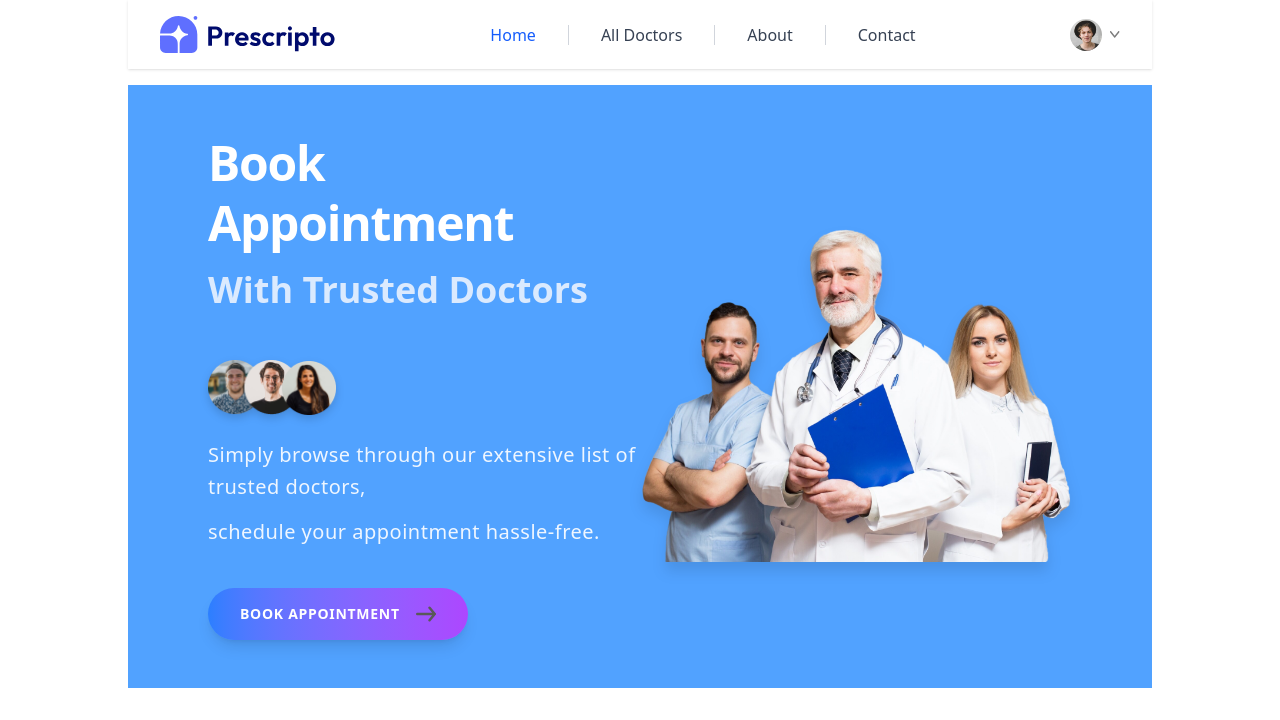
Repository: Pran2535/appointement_booking
Page: / (app in frontend/)
The author's editor kept a copy of each file at every save. The page is drawn from the files as they stood at one save, then again after the next save.
The browser window is 1280 px wide. The pictures show the whole page.
The project was rebuilt for these pictures with package versions that can differ from the ones it lists, and the page was loaded fresh each time. Also part of the build but not shown: frontend/vite.config.js, frontend/src/pages/About.jsx, frontend/src/pages/MyAppointments.jsx, frontend/src/pages/Doctors.jsx, frontend/src/pages/Login.jsx, frontend/src/pages/Contact.jsx, frontend/src/pages/MyProfile.jsx, frontend/src/pages/Appointment.jsx.

Above is the page before, as saved 2025-02-16 21:09:12.

### frontend/index.html
<!doctype html>
<html lang="en">
  <head>
    <meta charset="UTF-8" />
    <link rel="icon" type="image/svg+xml" href="/vite.svg" />
    <meta name="viewport" content="width=device-width, initial-scale=1.0" />
    <title>Mishra healthcare</title>
  </head>
  <body>
    <div id="root"></div>
    <script type="module" src="/src/main.jsx"></script>
  </body>
</html>

### frontend/src/main.jsx
import { StrictMode } from 'react'
import { createRoot } from 'react-dom/client'
import './index.css'
import App from './App.jsx'
import { BrowserRouter } from 'react-router-dom'

createRoot(document.getElementById('root')).render(
<BrowserRouter>
    <App />
  </BrowserRouter>,
)

### frontend/src/App.jsx
import React from 'react'
import { Route, Routes } from 'react-router-dom'
import Home from './pages/Home'
import About from './pages/About'
import MyAppointments from './pages/MyAppointments'
import Doctors from './pages/Doctors'
import Login from './pages/Login'
import Contact from './pages/Contact'
import MyProfile from './pages/MyProfile'
import Appointment from './pages/Appointment'
import Navbar from './components/Navbar'

const App = () => {
  return (
    <div className='mx-4 sm:mx-[10%]'>
      <Navbar/>{ /* mounted navbar component before routes so that it gets displayed over the all routes */}
      <Routes>
        <Route path='/' element={<Home />} />
        <Route path='/about' element={<About />} />
        <Route path='/my-appointments' element={<MyAppointments />} />
        <Route path='/doctors' element={<Doctors/>}/>
        <Route path='/doctors/:speciality' element={<Doctors/>}/>
        <Route path ='/login' element={<Login/>}/>
        <Route path='/contact' element={<Contact/>}/>
        <Route path ='/my-profile' element={<MyProfile/>}/>
        <Route path ='/appointments/:docId' element={<Appointment/>}/>
      </Routes>
    </div>
  )
}

export default App

### frontend/src/pages/Home.jsx
import React from 'react'
import Header from '../components/Header'
import SpecialityMenu from '../components/SpecialityMenu'

const Home = () => {
  return (
    <div>
      <Header/>
      <SpecialityMenu/>
    </div>
  )
}

export default Home

### frontend/src/components/Navbar.jsx
import React, { useState } from 'react'
import { NavLink, useNavigate } from 'react-router-dom'
import { assets } from '../assets/assets'

const links = [
  { to: '/', label: 'Home' },
  { to: '/doctors', label: 'All Doctors' },
  { to: '/about', label: 'About' },
  { to: '/contact', label: 'Contact' }
]

const Navbar = () => {
  const navigate = useNavigate();
  const [showMenu, setShowMenu]=useState(false);
  const [token,setToken]=useState(true);


  return (
    <nav className="sticky top-0 bg-white shadow-sm z-50">
      <div className="max-w-7xl mx-auto px-4 sm:px-6 lg:px-8 py-4 flex items-center justify-between">
        {/* Logo */}
        <div className="flex-shrink-0">
          <img
            className="w-32 md:w-40 lg:w-44 h-auto cursor-pointer transition-transform hover:scale-105"
            src={assets.logo}
            alt="Company Logo"
          />
        </div>

        {/* Navigation Links */}
        <div className="hidden md:block">
          <ul className="flex items-center space-x-8">
            {links.map((l, i) => (
              <React.Fragment key={l.to}>
                <NavLink
                  to={l.to}
                  className={({ isActive }) =>
                    `font-medium transition-colors duration-200 hover:text-blue-600 ${
                      isActive ? 'text-blue-600' : 'text-gray-700'
                    }`
                  }
                >
                  {l.label}
                </NavLink>
                {i < links.length - 1 && (
                  <div className="h-5 w-px bg-gray-300" aria-hidden="true" />
                )}
              </React.Fragment>
            ))}
          </ul>
        </div>

        {/* CTA Button */}
        <div className="flex items-center gap-4">
            {
                token?
                <div className='flex items-center gap-2 cursor-pointer group relative' >
                    <img className='w-8 rounded-full' src={assets.profile_pic} alt="" />
                    <img className='w-2.5 ' src={assets.dropdown_icon} alt="" />
                    <div className='absolute top-0 right-0 pt-14 text-base font-medium text-gray-600 z-20 hidden group-hover:block'>
                        <div className='min-w-48 bg-stone-100 rounded flex flex-col gap-4 p-4'>
                            <p onClick={()=>navigate('/my-appointments')} className='hover:text-black cursor-pointer'>My Appointments</p>
                            <p onClick={()=>navigate('/my-profile')} className='hover:text-black cursor-pointer'>My Profile</p>
                            <p onClick={()=>setToken(false)} className='hover:text-black cursor-pointer'>Logout</p>
                        </div>
                    </div>
                </div>

                :
                 <button
            onClick={() => navigate('/login')}
            className="hidden cursor-pointer md:block bg-blue-600 hover:bg-blue-700 text-white px-6 py-3 rounded-full font-semibold transition-colors duration-200 focus:outline-none focus:ring-2 focus:ring-blue-500 focus:ring-offset-2 shadow-md"
          >
            Create Account
          </button>
            }

        </div>
      </div>
    </nav>
  )
}

export default Navbar

### frontend/src/components/Header.jsx
import React from 'react';
import { assets } from '../assets/assets';

const Header = () => {
  return (
    <div className="mt-4 flex flex-col md:flex-row justify-between items-center bg-blue-400 px-6 md:px-10 lg:px-20 py-12 text-white">
      {/* Left side */}
      <div className="w-full md:w-1/2 space-y-10 mb-8 md:mb-0">
        <div className="space-y-2">
          <h1 className="text-4xl lg:text-5xl font-bold leading-tight tracking-tight">
            Book Appointment
          </h1>
          <h2 className="text-3xl lg:text-4xl font-semibold text-blue-100 leading-relaxed">
            With Trusted Doctors
          </h2>
        </div>

        <div className="space-y-6">
          <div className="flex items-center space-x-4">
            <img
              src={assets.group_profiles}
              alt="Doctor Profiles"
              className="w-32 h-auto object-contain drop-shadow-lg"
            />
          </div>

          <div className="space-y-3">
            <p className="text-lg md:text-xl text-blue-50 leading-relaxed font-light tracking-wide">
              Simply browse through our extensive list of trusted doctors,
            </p>
            <p className="text-lg md:text-xl text-blue-50 leading-relaxed font-light tracking-wide">
              schedule your appointment hassle-free.
            </p>
          </div>
        </div>

        <a
          href="#speciality"
          className="inline-flex items-center space-x-4 bg-gradient-to-r from-blue-500 to-purple-500 hover:from-blue-600 hover:to-purple-600 text-white font-bold uppercase px-8 py-4 rounded-full shadow-lg transition-all duration-300 hover:scale-105 tracking-wider text-sm"
        >
          <span>Book Appointment</span>
          <img
            src={assets.arrow_icon}
            alt="Arrow"
            className="w-5 h-5 transform group-hover:translate-x-1 transition-transform"
          />
        </a>
      </div>

      {/* Right side */}
      <div className="w-full md:w-1/2 flex justify-center md:justify-end mt-8 md:mt-0">
        <img
          src={assets.header_img}
          alt="Header illustration"
          className="w-full max-w-lg h-auto object-contain drop-shadow-xl"
        />
      </div>
    </div>
  );
};

export default Header;

### frontend/src/components/SpecialityMenu.jsx
import React from 'react'

const SpecialityMenu = () => {
  return (
    <div>

    </div>
  )
}

export default SpecialityMenu

### frontend/src/assets/assets.js
import appointment_img from './appointment_img.png'
import header_img from './header_img.png'
import group_profiles from './group_profiles.png'
import profile_pic from './profile_pic.png'
import contact_image from './contact_image.png'
import about_image from './about_image.png'
import logo from './logo.svg'
import dropdown_icon from './dropdown_icon.svg'
import menu_icon from './menu_icon.svg'
import cross_icon from './cross_icon.png'
import chats_icon from './chats_icon.svg'
import verified_icon from './verified_icon.svg'
import arrow_icon from './arrow_icon.svg'
import info_icon from './info_icon.svg'
import upload_icon from './upload_icon.png'
import stripe_logo from './stripe_logo.png'
import razorpay_logo from './razorpay_logo.png'
import doc1 from './doc1.png'
import doc2 from './doc2.png'
import doc3 from './doc3.png'
import doc4 from './doc4.png'
import doc5 from './doc5.png'
import doc6 from './doc6.png'
import doc7 from './doc7.png'
import doc8 from './doc8.png'
import doc9 from './doc9.png'
import doc10 from './doc10.png'
import doc11 from './doc11.png'
import doc12 from './doc12.png'
import doc13 from './doc13.png'
import doc14 from './doc14.png'
import doc15 from './doc15.png'
import Dermatologist from './Dermatologist.svg'
import Gastroenterologist from './Gastroenterologist.svg'
import General_physician from './General_physician.svg'
import Gynecologist from './Gynecologist.svg'
import Neurologist from './Neurologist.svg'
import Pediatricians from './Pediatricians.svg'


export const assets = {
    appointment_img,
    header_img,
    group_profiles,
    logo,
    chats_icon,
    verified_icon,
    info_icon,
    profile_pic,
    arrow_icon,
    contact_image,
    about_image,
    menu_icon,
    cross_icon,
    dropdown_icon,
    upload_icon,
    stripe_logo,
    razorpay_logo
}

export const specialityData = [
    {
        speciality: 'General physician',
        image: General_physician
    },
    {
        speciality: 'Gynecologist',
        image: Gynecologist
    },
    {
        speciality: 'Dermatologist',
        image: Dermatologist
    },
    {
        speciality: 'Pediatricians',
        image: Pediatricians
    },
    {
        speciality: 'Neurologist',
        image: Neurologist
    },
    {
        speciality: 'Gastroenterologist',
        image: Gastroenterologist
    },
]

export const doctors = [
    {
        _id: 'doc1',
        name: 'Dr. Richard James',
        image: doc1,
        speciality: 'General physician',
        degree: 'MBBS',
        experience: '4 Years',
        about: 'Dr. Davis has a strong commitment to delivering comprehensive medical care, focusing on preventive medicine, early diagnosis, and effective treatment strategies. Dr. Davis has a strong commitment to delivering comprehensive medical care, focusing on preventive medicine, early diagnosis, and effective treatment strategies.',
        fees: 50,
        address: {
            line1: '17th Cross, Richmond',
            line2: 'Circle, Ring Road, London'
        }
    },
    {
        _id: 'doc2',
        name: 'Dr. Emily Larson',
        image: doc2,
        speciality: 'Gynecologist',
        degree: 'MBBS',
        experience: '3 Years',
        about: 'Dr. Davis has a strong commitment to delivering comprehensive medical care, focusing on preventive medicine, early diagnosis, and effective treatment strategies. Dr. Davis has a strong commitment to delivering comprehensive medical care, focusing on preventive medicine, early diagnosis, and effective treatment strategies.',
        fees: 60,
        address: {
            line1: '27th Cross, Richmond',
            line2: 'Circle, Ring Road, London'
        }
    },
    {
        _id: 'doc3',
        name: 'Dr. Sarah Patel',
        image: doc3,
        speciality: 'Dermatologist',
        degree: 'MBBS',
        experience: '1 Years',
        about: 'Dr. Davis has a strong commitment to delivering comprehensive medical care, focusing on preventive medicine, early diagnosis, and effective treatment strategies. Dr. Davis has a strong commitment to delivering comprehensive medical care, focusing on preventive medicine, early diagnosis, and effective treatment strategies.',
        fees: 30,
        address: {
            line1: '37th Cross, Richmond',
            line2: 'Circle, Ring Road, London'
        }
    },
    {
        _id: 'doc4',
        name: 'Dr. Christopher Lee',
        image: doc4,
        speciality: 'Pediatricians',
        degree: 'MBBS',
        experience: '2 Years',
        about: 'Dr. Davis has a strong commitment to delivering comprehensive medical care, focusing on preventive medicine, early diagnosis, and effective treatment strategies. Dr. Davis has a strong commitment to delivering comprehensive medical care, focusing on preventive medicine, early diagnosis, and effective treatment strategies.',
        fees: 40,
        address: {
            line1: '47th Cross, Richmond',
            line2: 'Circle, Ring Road, London'
        }
    },
    {
        _id: 'doc5',
        name: 'Dr. Jennifer Garcia',
        image: doc5,
        speciality: 'Neurologist',
        degree: 'MBBS',
        experience: '4 Years',
        about: 'Dr. Davis has a strong commitment to delivering comprehensive medical care, focusing on preventive medicine, early diagnosis, and effective treatment strategies. Dr. Davis has a strong commitment to delivering comprehensive medical care, focusing on preventive medicine, early diagnosis, and effective treatment strategies.',
        fees: 50,
        address: {
            line1: '57th Cross, Richmond',
            line2: 'Circle, Ring Road, London'
        }
    },
    {
        _id: 'doc6',
        name: 'Dr. Andrew Williams',
        image: doc6,
        speciality: 'Neurologist',
        degree: 'MBBS',
        experience: '4 Years',
        about: 'Dr. Davis has a strong commitment to delivering comprehensive medical care, focusing on preventive medicine, early diagnosis, and effective treatment strategies. Dr. Davis has a strong commitment to delivering comprehensive medical care, focusing on preventive medicine, early diagnosis, and effective treatment strategies.',
        fees: 50,
        address: {
            line1: '57th Cross, Richmond',
            line2: 'Circle, Ring Road, London'
        }
    },
    {
        _id: 'doc7',
        name: 'Dr. Christopher Davis',
        image: doc7,
        speciality: 'General physician',
        degree: 'MBBS',
        experience: '4 Years',
        about: 'Dr. Davis has a strong commitment to delivering comprehensive medical care, focusing on preventive medicine, early diagnosis, and effective treatment strategies. Dr. Davis has a strong commitment to delivering comprehensive medical care, focusing on preventive medicine, early diagnosis, and effective treatment strategies.',
        fees: 50,
        address: {
            line1: '17th Cross, Richmond',
            line2: 'Circle, Ring Road, London'
        }
    },
    {
        _id: 'doc8',
        name: 'Dr. Timothy White',
        image: doc8,
        speciality: 'Gynecologist',
        degree: 'MBBS',
        experience: '3 Years',
        about: 'Dr. Davis has a strong commitment to delivering comprehensive medical care, focusing on preventive medicine, early diagnosis, and effective treatment strategies. Dr. Davis has a strong commitment to delivering comprehensive medical care, focusing on preventive medicine, early diagnosis, and effective treatment strategies.',
        fees: 60,
        address: {
            line1: '27th Cross, Richmond',
            line2: 'Circle, Ring Road, London'
        }
    },
    {
        _id: 'doc9',
        name: 'Dr. Ava Mitchell',
        image: doc9,
        speciality: 'Dermatologist',
        degree: 'MBBS',
        experience: '1 Years',
        about: 'Dr. Davis has a strong commitment to delivering comprehensive medical care, focusing on preventive medicine, early diagnosis, and effective treatment strategies. Dr. Davis has a strong commitment to delivering comprehensive medical care, focusing on preventive medicine, early diagnosis, and effective treatment strategies.',
        fees: 30,
        address: {
            line1: '37th Cross, Richmond',
            line2: 'Circle, Ring Road, London'
        }
    },
    {
        _id: 'doc10',
        name: 'Dr. Jeffrey King',
        image: doc10,
        speciality: 'Pediatricians',
        degree: 'MBBS',
        experience: '2 Years',
        about: 'Dr. Davis has a strong commitment to delivering comprehensive medical care, focusing on preventive medicine, early diagnosis, and effective treatment strategies. Dr. Davis has a strong commitment to delivering comprehensive medical care, focusing on preventive medicine, early diagnosis, and effective treatment strategies.',
        fees: 40,
        address: {
            line1: '47th Cross, Richmond',
            line2: 'Circle, Ring Road, London'
        }
    },
    {
        _id: 'doc11',
        name: 'Dr. Zoe Kelly',
        image: doc11,
        speciality: 'Neurologist',
        degree: 'MBBS',
        experience: '4 Years',
        about: 'Dr. Davis has a strong commitment to delivering comprehensive medical care, focusing on preventive medicine, early diagnosis, and effective treatment strategies. Dr. Davis has a strong commitment to delivering comprehensive medical care, focusing on preventive medicine, early diagnosis, and effective treatment strategies.',
        fees: 50,
        address: {
            line1: '57th Cross, Richmond',
            line2: 'Circle, Ring Road, London'
        }
    },
    {
        _id: 'doc12',
        name: 'Dr. Patrick Harris',
        image: doc12,
        speciality: 'Neurologist',
        degree: 'MBBS',
        experience: '4 Years',
        about: 'Dr. Davis has a strong commitment to delivering comprehensive medical care, focusing on preventive medicine, early diagnosis, and effective treatment strategies. Dr. Davis has a strong commitment to delivering comprehensive medical care, focusing on preventive medicine, early diagnosis, and effective treatment strategies.',
        fees: 50,
        address: {
            line1: '57th Cross, Richmond',
            line2: 'Circle, Ring Road, London'
        }
    },
    {
        _id: 'doc13',
        name: 'Dr. Chloe Evans',
        image: doc13,
        speciality: 'General physician',
        degree: 'MBBS',
        experience: '4 Years',
        about: 'Dr. Davis has a strong commitment to delivering comprehensive medical care, focusing on preventive medicine, early diagnosis, and effective treatment strategies. Dr. Davis has a strong commitment to delivering comprehensive medical care, focusing on preventive medicine, early diagnosis, and effective treatment strategies.',
        fees: 50,
        address: {
            line1: '17th Cross, Richmond',
            line2: 'Circle, Ring Road, London'
        }
    },
    {
        _id: 'doc14',
        name: 'Dr. Ryan Martinez',
        image: doc14,
        speciality: 'Gynecologist',
        degree: 'MBBS',
        experience: '3 Years',
        about: 'Dr. Davis has a strong commitment to delivering comprehensive medical care, focusing on preventive medicine, early diagnosis, and effective treatment strategies. Dr. Davis has a strong commitment to delivering comprehensive medical care, focusing on preventive medicine, early diagnosis, and effective treatment strategies.',
        fees: 60,
        address: {
            line1: '27th Cross, Richmond',
            line2: 'Circle, Ring Road, London'
        }
    },
    {
        _id: 'doc15',
        name: 'Dr. Amelia Hill',
        image: doc15,
        speciality: 'Dermatologist',
        degree: 'MBBS',
        experience: '1 Years',
        about: 'Dr. Davis has a strong commitment to delivering comprehensive medical care, focusing on preventive medicine, early diagnosis, and effective treatment strategies. Dr. Davis has a strong commitment to delivering comprehensive medical care, focusing on preventive medicine, early diagnosis, and effective treatment strategies.',
        fees: 30,
        address: {
            line1: '37th Cross, Richmond',
            line2: 'Circle, Ring Road, London'
        }
    },
]

Loaded but not shown: frontend/src/index.css (common file)

After the next save:
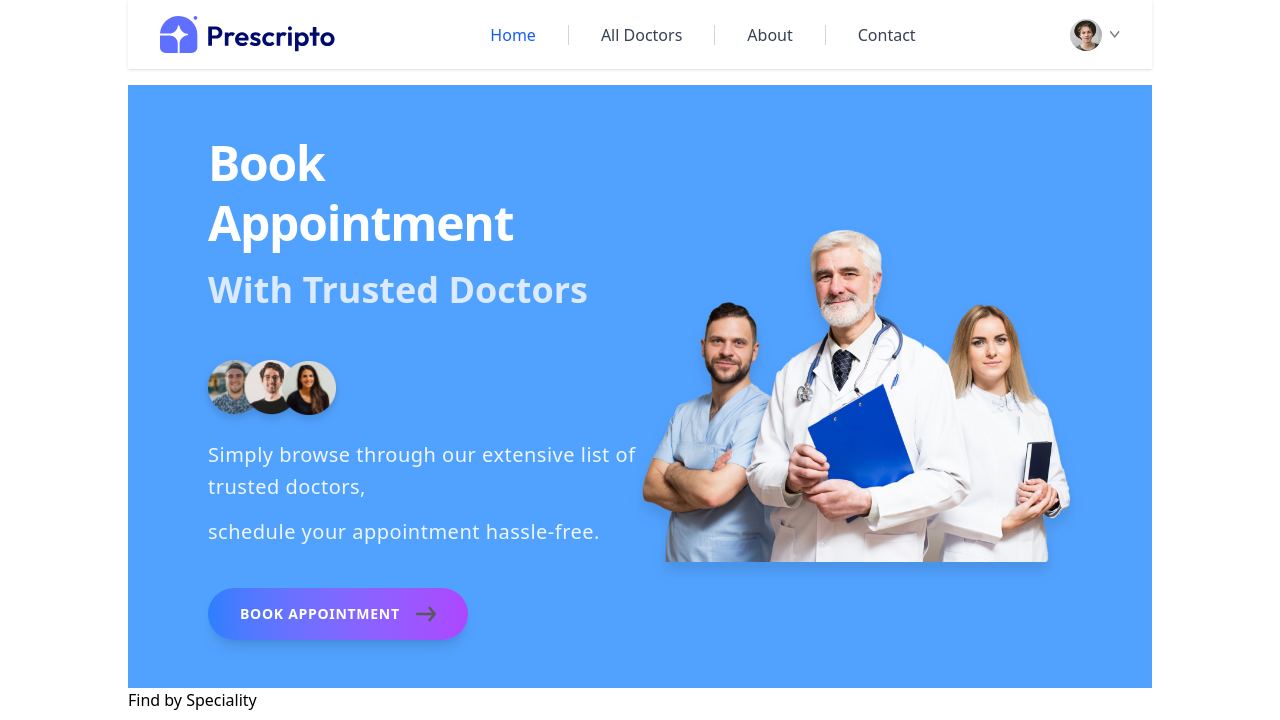
Saved 71 s later.
--- a/frontend/src/components/SpecialityMenu.jsx
+++ b/frontend/src/components/SpecialityMenu.jsx
@@ -2,8 +2,8 @@ import React from 'react'
 
 const SpecialityMenu = () => {
   return (
-    <div>
-
+    <div id='speciality' >
+      <h1>Find by Speciality</h1>
     </div>
   )
 }
